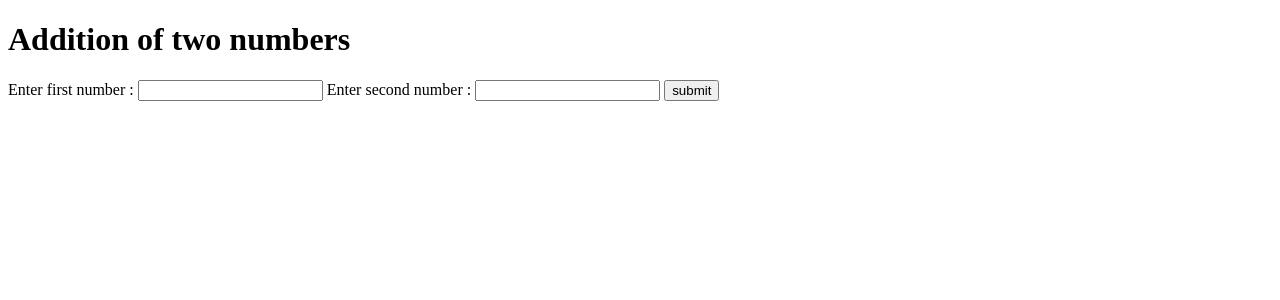
Repository: Bhuvanachandra28/Training
Page: http://localhost/Firstproject/jsps/FormFileadd.jsp
An editor plug-in stored every save of this project. The page is shown before and after the next save, followed by the edit.
The browser window is 1280 px wide. The pictures show the whole page.
The page is served by Tomcat 9. Other server files are loaded and not shown.

Above is the page before, as saved 2022-08-12 09:18:41.

### Firstproject/WebContent/jsps/FormFileadd.jsp
<%@ page language="java" contentType="text/html; charset=ISO-8859-1"
    pageEncoding="ISO-8859-1"%>
<!DOCTYPE html>
<html>
<head>
<meta charset="ISO-8859-1">
<title>Addition jsp</title>
</head>
<body>
<h1> Addition of two numbers </h1>
<form action="Addition" method="post">
     Enter first number : <input type = "text" name="value1"/>
     Enter second number : <input type = "text" name="value1"/>
     <input type = "submit" value = "submit" />
  </form>

</body>
</html>

After the next save:
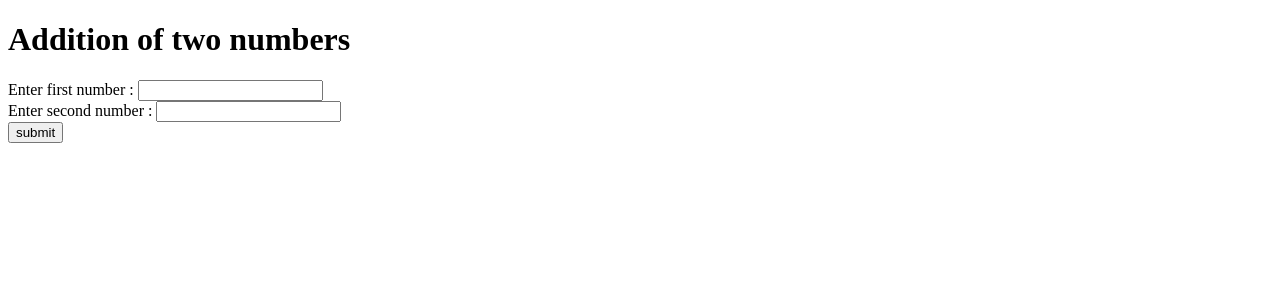
Saved 50 s later.
--- a/Firstproject/WebContent/jsps/FormFileadd.jsp
+++ b/Firstproject/WebContent/jsps/FormFileadd.jsp
@@ -9,8 +9,8 @@
 <body>
 <h1> Addition of two numbers </h1>
 <form action="Addition" method="post">
-     Enter first number : <input type = "text" name="value1"/>
-     Enter second number : <input type = "text" name="value1"/>
+     Enter first number : <input type = "text" name="value1"/><br>
+     Enter second number : <input type = "text" name="value1"/><br>
      <input type = "submit" value = "submit" />
   </form>
 
